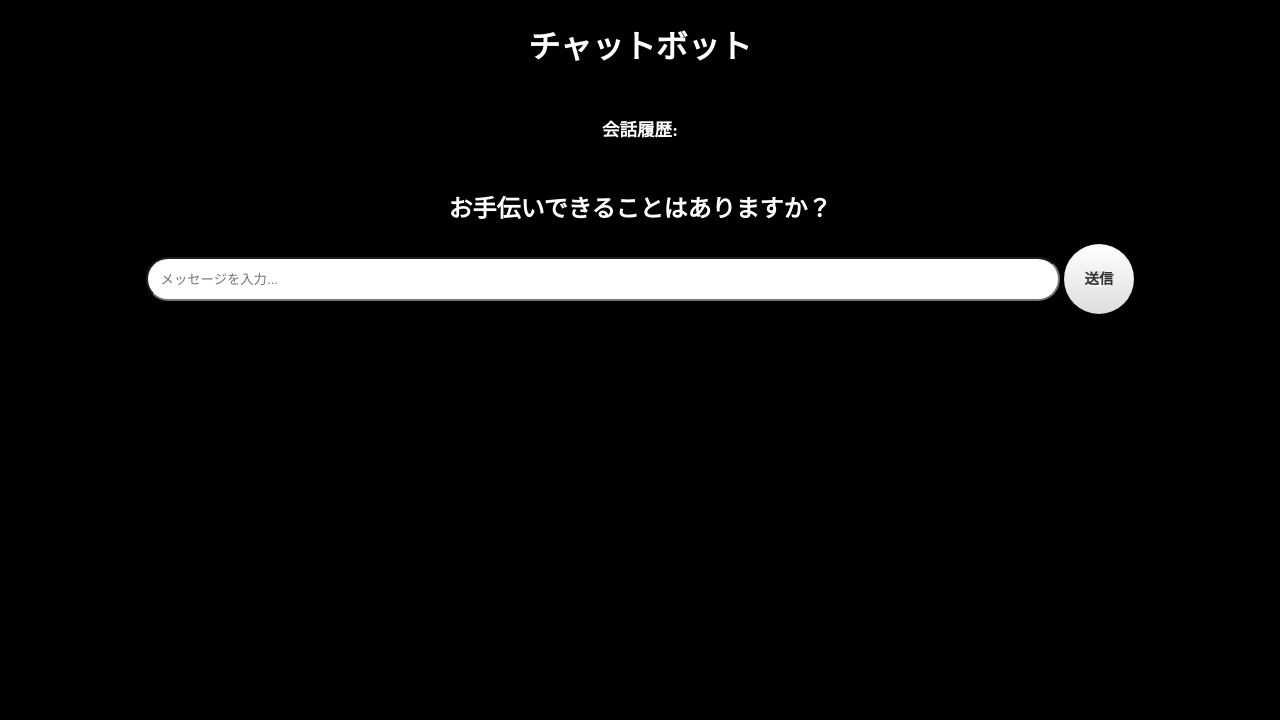
Repository: takumidayo0904/chatbot
Page: http://localhost/ChatBot/
An editor plug-in stored every save of this project. The page is shown before and after the next save, followed by the edit.
The browser window is 1280 px wide. The pictures show the whole page.
The page is served by Tomcat 9.

Above is the page before, as saved 2025-02-03 12:16:02.

After the next save:
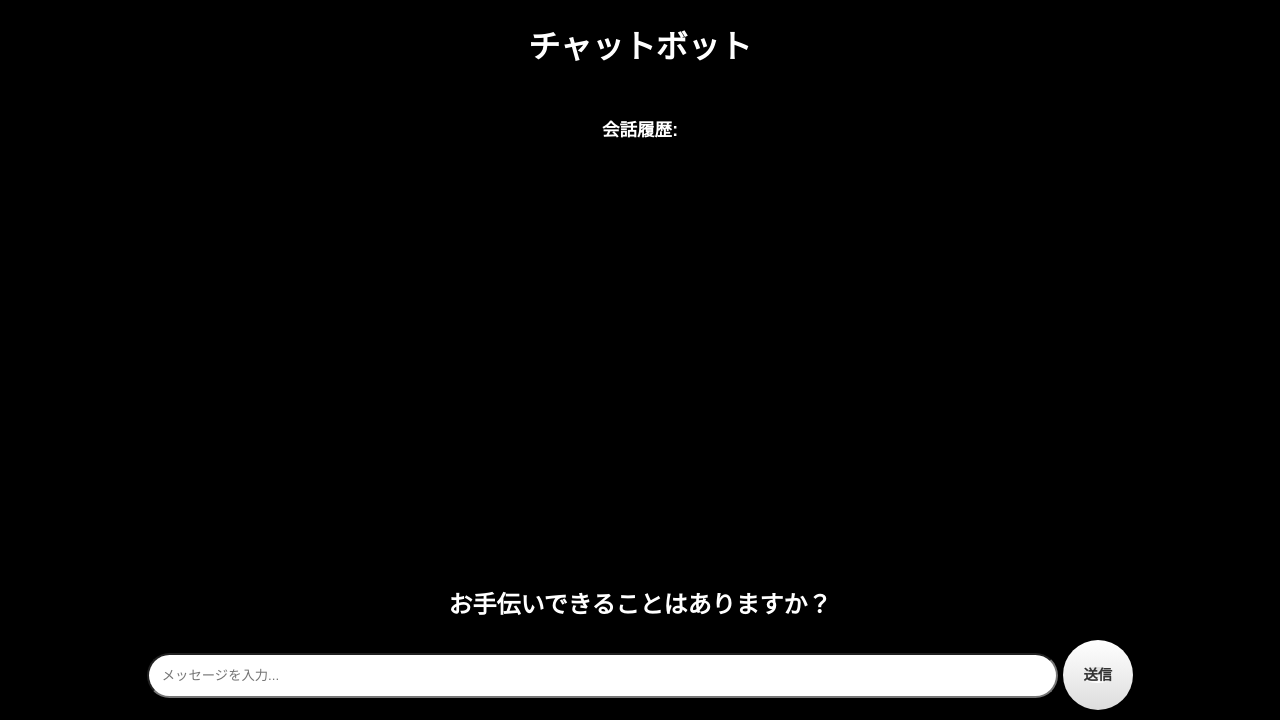
Saved 3 min 19 s later.
--- a/ChatBot/WebContent/index.jsp
+++ b/ChatBot/WebContent/index.jsp
@@ -7,64 +7,69 @@
 <title>チャットボット</title>
 <style>
 body {
-	background-color: #000;
+    background-color: #000;
+    font-family: Arial, sans-serif;  /* フォントを追加 */
 }
 
 .chat-container {
-	text-align: center;
+    text-align: center;
 }
 
 #message {
-	width: 70%;
-	padding: 1%;
+    width: 70%;
+    padding: 1%;
+    border-radius: 30px;
 }
 
 .button-46 {
-	width: 70px;
-	height: 70px;
-	border: none;
-	border-radius: 50%;
-	box-shadow: 0 10px 10px rgb(0 0 0/ 20%);
-	background-image: linear-gradient(0, #ddd, #fff);
-	color: #333333;
-	font-weight: 600;
-	font-size: .9em;
-}
-
-.chat-messages {
-	color: #FFFFFF;
-	font-size: 15px;
+    width: 70px;
+    height: 70px;
+    border: none;
+    border-radius: 50%;
+    box-shadow: 0 10px 10px rgb(0 0 0 / 20%);
+    background-image: linear-gradient(0, #ddd, #fff);
+    color: #333333;
+    font-weight: 600;
+    font-size: .9em;
 }
 
 .button-46:hover {
-	transform: scale(.99);
-	box-shadow: 0 5px 5px rgb(0 0 0/ 20%);
+    transform: scale(.99);
+    box-shadow: 0 5px 5px rgb(0 0 0 / 20%);
 }
 
 .button-46 span {
-	width: 100%;
-	height: 100%;
-	border-radius: 50%;
-	background-image: linear-gradient(0, #fff, #ddd);
-	line-height: 64px;
-}
-
-#message {
-	border-radius: 30px;
-}
-
-h1, h2 {
-	color: #FFF;
+    width: 100%;
+    height: 100%;
+    border-radius: 50%;
+    background-image: linear-gradient(0, #fff, #ddd);
+    line-height: 64px;
 }
 
 .chat-messages {
     color: #FFFFFF;
     font-size: 15px;
-    max-height: 70vh;  /* 画面の70%の高さに制限 */
-    overflow-y: auto;  /* スクロール可能にする */
+    max-height: 70vh;  /* 画面の高さに合わせる */
+    overflow-y: auto;  /* スクロール可能に */
     padding: 10px;
     box-sizing: border-box;
 }
+
+h1, h2 {
+    color: #FFF;
+}
+
+.chat-input {
+    position: fixed;
+    bottom: 0;  /* 画面下に固定 */
+    left: 50%;
+    transform: translateX(-50%);
+    width: 100%;
+    background-color: #000;
+    padding: 10px;
+    box-sizing: border-box;
+}
+
 </style>
 </head>
 <body>
